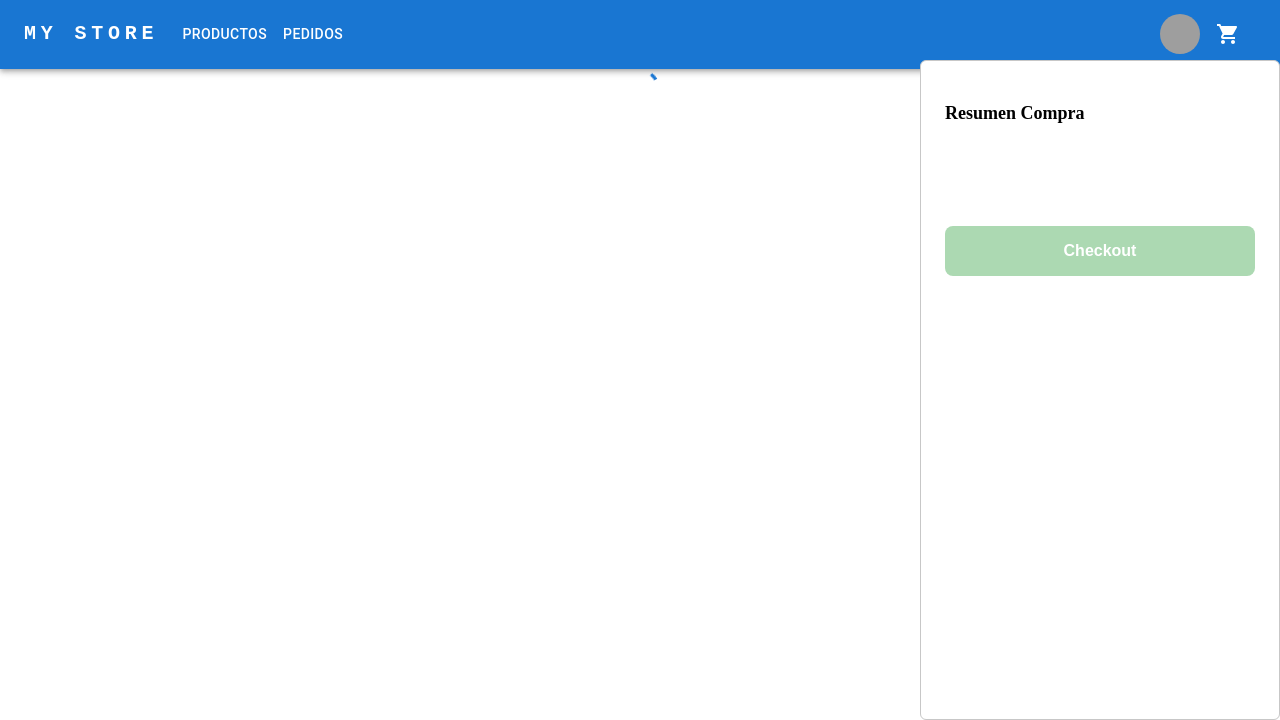
Repository: DanielBorussia/front-my-store
Page: /, after clicking the first element matching `button.MuiIconButton-colorInherit`
These files come from the project's save history. The page is drawn as it stood at one moment and after the next save; the edit follows.
The browser window is 1280 px wide. The pictures show the whole page.
Pictures or frames that could not be fetched are drawn as grey boxes. The page's requests for data from a server got no answer. The project was rebuilt for these pictures with package versions that can differ from the ones it lists, and the page was loaded fresh each time. No one was signed in, and anything a server would have sent is missing. Also part of the build but not shown: src/components/OrderItem.js, src/components/ProductItem.js.

Above is the page before, as saved 2023-07-01 02:34:50.

After the next save:
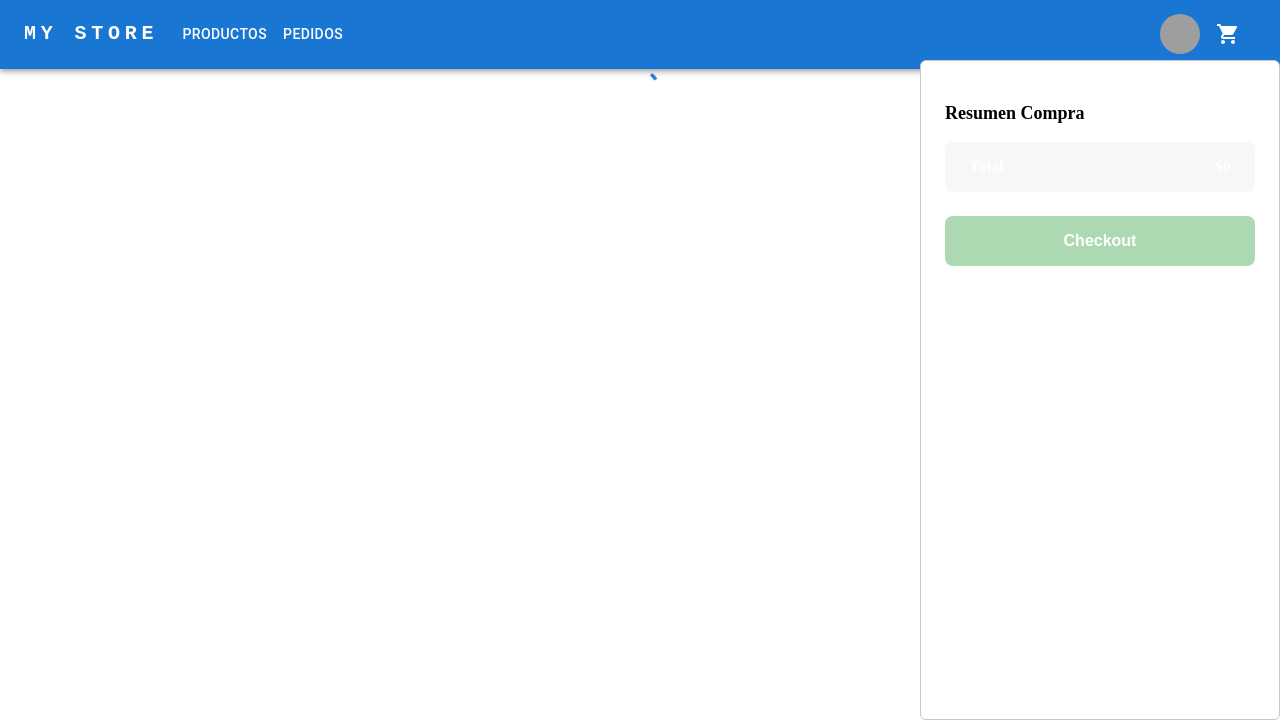
Saved 24 s later.
--- a/src/styles/MyOrderPreview.scss
+++ b/src/styles/MyOrderPreview.scss
@@ -23,7 +23,7 @@
 }
 
 
-.myOrderPreview__body--resume {
+.myOrderPreview__resume {
 	display: grid;
 	grid-template-columns: auto 1fr;
 	gap: 16px;
